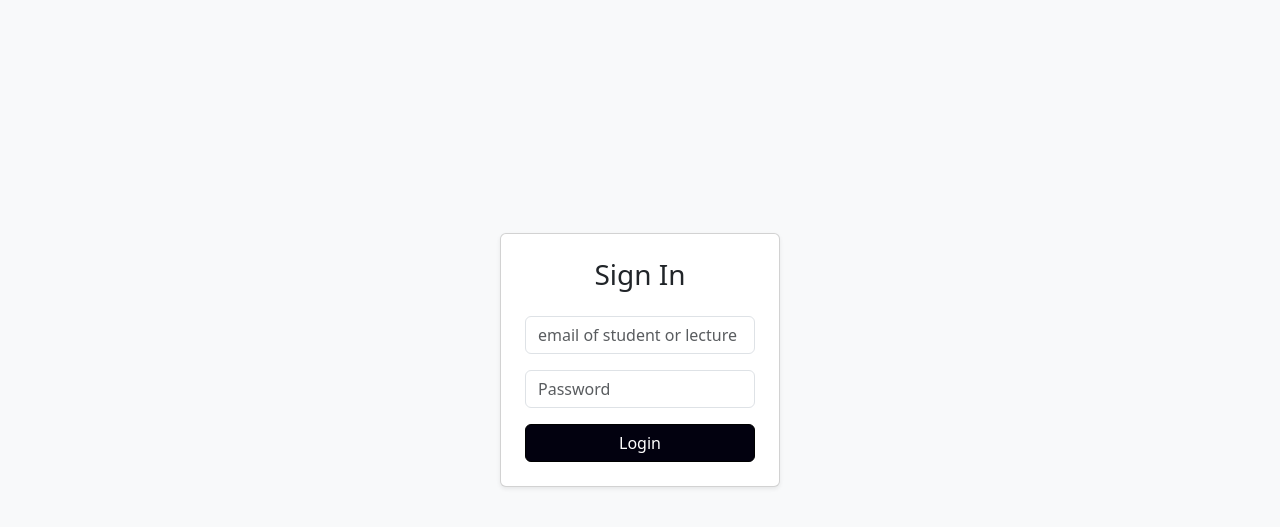
Repository: duyndhe195099/fer202_lab5_6_he195099
Page: /
These files come from the project's save history. The page is drawn as it stood at one moment and after the next save; the edit follows.
The browser window is 1280 px wide. The pictures show the whole page.
The project was rebuilt for these pictures with package versions that can differ from the ones it lists, and the page was loaded fresh each time. Also part of the build but not shown: src/components/ProtectedRoute.js, src/pages/Subjects.js, src/components/QuestionModal.js, src/pages/Questions.js.

Above is the page before, as saved 2026-11-06 11:10:22.

### public/index.html
<!DOCTYPE html>
<html lang="en">

<head>
  <meta charset="utf-8" />
  <link rel="icon" href="%PUBLIC_URL%/favicon.ico" />
  <meta name="viewport" content="width=device-width, initial-scale=1" />
  <meta name="theme-color" content="#000000" />
  <meta name="description" content="Web site created using create-react-app" />
  <link rel="apple-touch-icon" href="%PUBLIC_URL%/logo192.png" />
  <link rel="manifest" href="%PUBLIC_URL%/manifest.json" />
  <title>Practical Exam</title>
</head>

<body>
  <noscript>You need to enable JavaScript to run this app.</noscript>
  <div id="root"></div>
</body>

</html>

### src/index.js
import React from 'react';
import ReactDOM from 'react-dom/client';
import { BrowserRouter } from 'react-router-dom';
import 'bootstrap/dist/css/bootstrap.min.css';
import App from './App';

const root = ReactDOM.createRoot(document.getElementById('root'));
root.render(
  <React.StrictMode>
    {/* BrowserRouter bọc ngoài App để mọi component dùng được Routes, Link, useNavigate... */}
    <BrowserRouter future={{ v7_startTransition: true, v7_relativeSplatPath: true }}>
      <App />
    </BrowserRouter>
  </React.StrictMode>
);

### src/App.js
import { Navigate, Route, Routes, useParams } from 'react-router-dom';
import ProtectedRoute from './components/ProtectedRoute';
import Login from './pages/Login';
import Subjects from './pages/Subjects';
import Questions from './pages/Questions';

// Ảnh minh họa trong đề dùng URL /question/CSD201 (không có chữ s),
// còn phần mô tả dùng /questions/:id -> hỗ trợ cả hai, đều chuyển về /questions/:id.
function QuestionAlias() {
  const { id } = useParams();
  return <Navigate to={`/questions/${id}`} replace />;
}

function App() {
  return (
    <Routes>
      {/* Đề: đường dẫn gốc (/) tự chuyển về /login */}
      <Route path="/" element={<Navigate to="/login" replace />} />
      <Route path="/login" element={<Login />} />

      {/* Các trang bên dưới phải đăng nhập mới vào được */}
      <Route element={<ProtectedRoute />}>
        <Route path="/subjects" element={<Subjects />} />
        <Route path="/questions/:id" element={<Questions />} />
        <Route path="/question/:id" element={<QuestionAlias />} />
      </Route>

      {/* Đề: mọi đường dẫn không hợp lệ (*) tự chuyển về /login */}
      <Route path="*" element={<Navigate to="/login" replace />} />
    </Routes>
  );
}

export default App;

### src/pages/Login.js
import { useState } from 'react';
import { Button, Card, Form } from 'react-bootstrap';
import { useNavigate } from 'react-router-dom';
import api, { getErrorMessage } from '../api';
import { saveSession } from '../auth';

export default function Login() {
  const navigate = useNavigate();
  const [email, setEmail] = useState('');
  const [password, setPassword] = useState('');
  const [error, setError] = useState('');
  const [loading, setLoading] = useState(false);

  const handleSubmit = async (e) => {
    e.preventDefault(); //
    setError('');

    if (!email.trim() || !password) {
      setError('Vui lòng nhập email và mật khẩu');
      return;
    }

    setLoading(true);
    try {

      const { data } = await api.get('/accounts', { params: { email: email.trim() } });
      const account = data.find((a) => a.password === password);

      if (!account) {
        setError('Email hoặc mật khẩu không đúng');
        return;
      }


      if (String(account.status).toLowerCase() === 'inactive') {
        setError('Tài khoản đã bị khóa');
        return;
      }


      saveSession({
        id: account.id,
        email: account.email,
        role: account.role,
        status: account.status,
      });
      navigate('/subjects', { replace: true });
    } catch (err) {
      setError(getErrorMessage(err));
    } finally {
      setLoading(false);
    }
  };

  return (
    <div className="d-flex justify-content-center align-items-center vh-100 bg-light">
      <Card style={{ width: 280 }} className="shadow-sm">
        <Card.Body className="p-4">
          <h3 className="text-center mb-4">Sign In</h3>

          <Form onSubmit={handleSubmit}>
            <Form.Group className="mb-3" controlId="email">
              <Form.Control
                type="text"
                placeholder="email of student or lecture"
                value={email}
                onChange={(e) => setEmail(e.target.value)}
                autoComplete="username"
              />
            </Form.Group>

            <Form.Group className="mb-3" controlId="password">

              <Form.Control
                type="password"
                placeholder="Password"
                value={password}
                onChange={(e) => setPassword(e.target.value)}
                autoComplete="current-password"
              />
            </Form.Group>


            {error && <p className="text-danger mb-3">{error}</p>}


              <Button type="submit" style={{ backgroundColor: '#02010f', borderColor: '#000000' }} className="w-100">
  Login
</Button>

          </Form>
        </Card.Body>
      </Card>
    </div>
  );
}

### src/auth.js
// Quản lý phiên đăng nhập bằng localStorage (đề: "save the user session data into localStorage")
const KEY = 'user';

// Lấy thông tin người dùng đang đăng nhập; chưa đăng nhập thì trả về null
export function getSession() {
  try {
    return JSON.parse(localStorage.getItem(KEY));
  } catch {
    return null;
  }
}

export function saveSession(user) {
  localStorage.setItem(KEY, JSON.stringify(user));
}

export function clearSession() {
  localStorage.removeItem(KEY);
}

### src/api.js
import axios from 'axios';

// Mock API chạy bằng: json-server --watch database.json --port 9000
export const API_URL = 'http://localhost:9000';

// Tạo 1 axios instance dùng chung: các nơi khác chỉ cần api.get('/subjects')...
const api = axios.create({ baseURL: API_URL });

// Đổi lỗi của axios thành câu thông báo dễ hiểu để hiển thị cho người dùng
export function getErrorMessage(error) {
  if (error.response) {
    return `Lỗi từ máy chủ (${error.response.status}).`;
  }
  if (error.request) {
    return `Không kết nối được API (${API_URL}). Hãy chạy: npm run server`;
  }
  return error.message;
}

export default api;

After the next save:
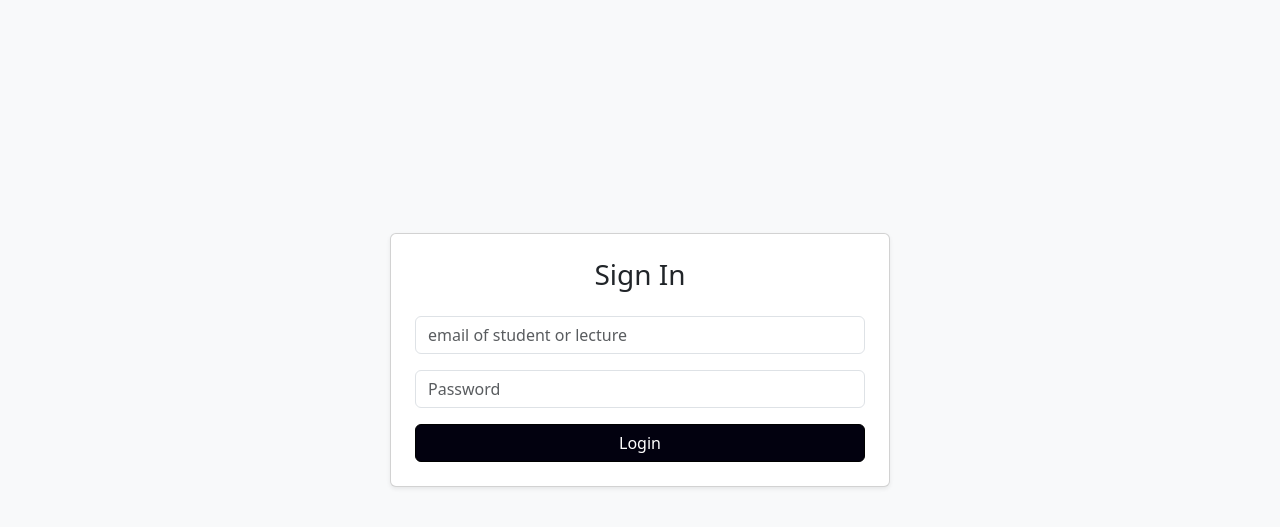
Saved 18 s later.
--- a/src/pages/Login.js
+++ b/src/pages/Login.js
@@ -54,7 +54,7 @@ export default function Login() {
 
   return (
     <div className="d-flex justify-content-center align-items-center vh-100 bg-light">
-      <Card style={{ width: 280 }} className="shadow-sm">
+      <Card style={{ width: 500 }} className="shadow-sm">
         <Card.Body className="p-4">
           <h3 className="text-center mb-4">Sign In</h3>
 
